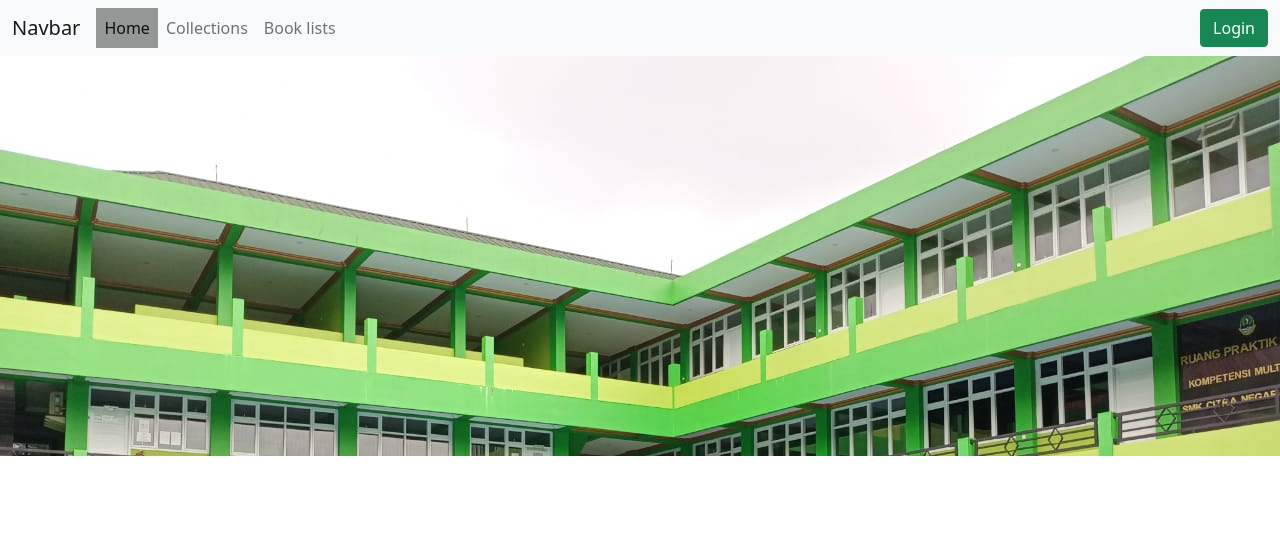
Repository: humanrizki/app-perpus-laravel-8
Page: http://localhost/home
An editor plug-in stored every save of this project. The page is shown before and after the next save, followed by the edit.
The browser window is 1280 px wide. The pictures show the whole page.
Some web libraries are served in a nearby version. The page is served by the project's Laravel application, run on PHP 8.4 with Laravel 8.

Above is the page before, as saved 2021-11-25 11:49:45.

After the next save:
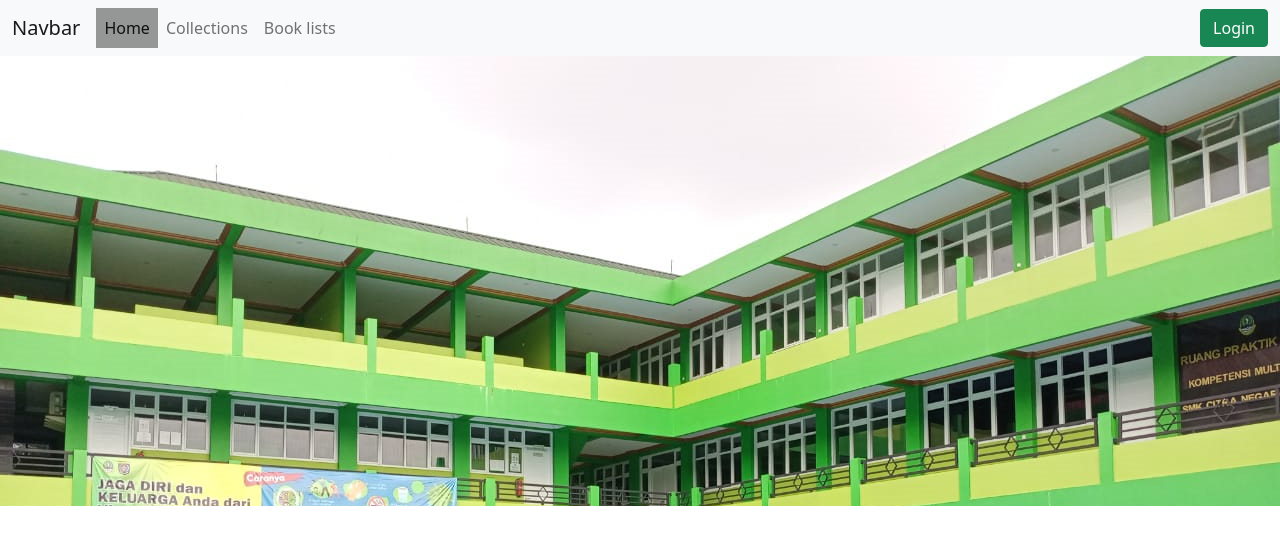
Saved 14 s later.
--- a/resources/views/homeTemplate.blade.php
+++ b/resources/views/homeTemplate.blade.php
@@ -1,6 +1,6 @@
 @extends('layouts.capp')
 @section('content')
-    <div class="container-img" style="width: 100%; height:400px; overflow:hidden;">
+    <div class="container-img" style="width: 100%; height:450px; overflow:hidden;">
         <div class="img-content">
             <img src="img/cn.png" alt="" class="w-100" style="padding: 0px; margin:0px;">
         </div>
